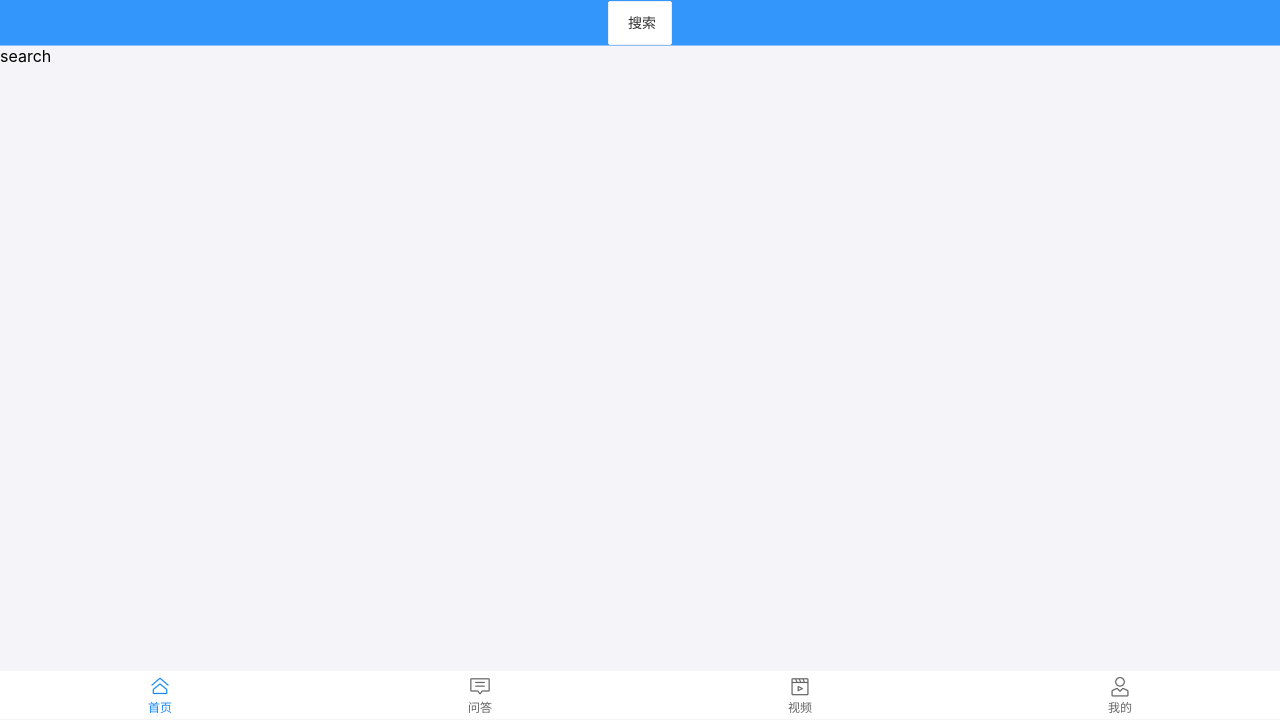
Repository: xn-lb/toutiao-mb
Page: /
The author's editor kept a copy of each file at every save. The page is drawn from the files as they stood at one save, then again after the next save.
The browser window is 1280 px wide. The pictures show the whole page.
The project was rebuilt for these pictures with package versions that can differ from the ones it lists, and the page was loaded fresh each time. Also part of the build but not shown: vue.config.js.

Above is the page before, as saved 2023-04-08 21:48:46.

After the next save:
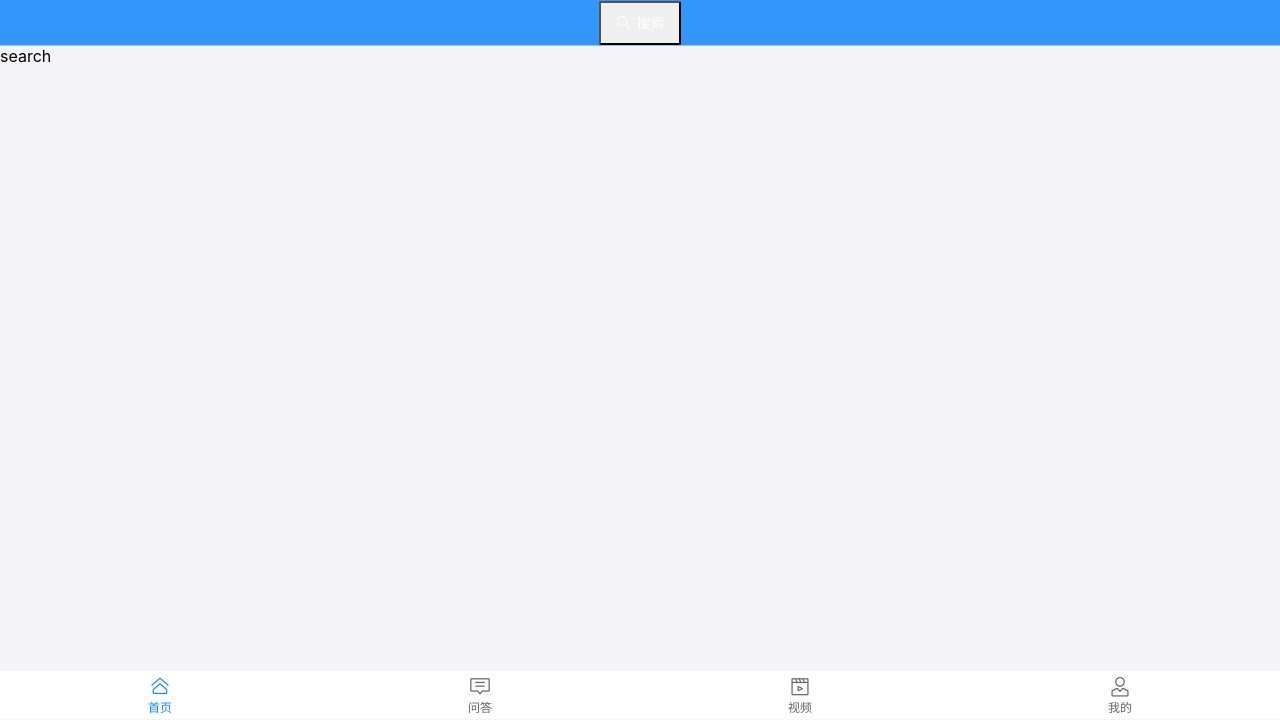
Saved 53 s later.
--- a/src/views/home/index.vue
+++ b/src/views/home/index.vue
@@ -2,7 +2,11 @@
   <div class="home-container">
   <!-- 首页 -->
     <van-nav-bar class="app-nav-bar">
-      <van-button slot="title" icon="search-o">搜索</van-button>
+      <van-button
+      slot="title"
+      icon="search"
+      type=""
+      >搜索</van-button>
     </van-nav-bar>
 
 search
